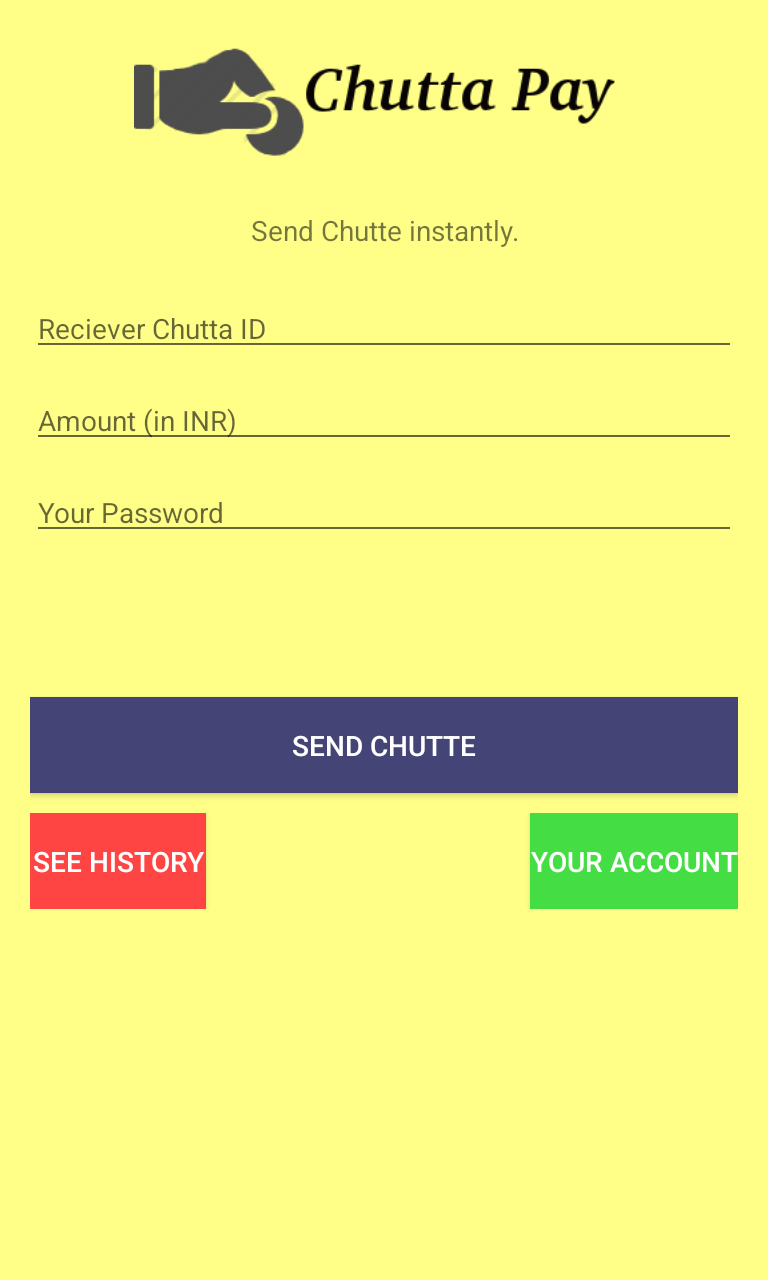
Repository: pankajksharma/chutta-pay
Layout: ChuttaPay/res/layout/payment.xml
The author's editor kept a copy of each file at every save. The layout is drawn from the files as they stood at one save, then again after the next save.
It is drawn on a 768 x 1280 px phone screen (xhdpi) without system bars, with theme AppTheme; the app's code is not run. The app's manifest (not shown) leaves right-to-left support off. So textAlignment, textDirection and layoutDirection are ignored, and left and right values win over start and end ones.

Above is the layout before, as saved 2014-04-26 16:03:05.

### ChuttaPay/res/layout/payment.xml
<?xml version="1.0" encoding="utf-8"?>
<RelativeLayout xmlns:android="http://schemas.android.com/apk/res/android"
    android:layout_width="match_parent"
    android:layout_height="match_parent"
    android:background="#ffff88"
    android:paddingLeft="15dp"
    android:paddingRight="15dp" >

    <ImageView
        android:id="@+id/imageView1"
        android:layout_width="wrap_content"
        android:layout_height="wrap_content"
        android:layout_marginTop="5dp"
        android:layout_centerHorizontal="true"
        android:src="@drawable/logo" />

    <LinearLayout
        android:id="@+id/ll"
        android:layout_width="match_parent"
        android:layout_height="wrap_content"
        android:layout_below="@id/imageView1"
        android:layout_centerHorizontal="true"
        android:layout_marginTop="15dp"
        android:orientation="vertical" >

        <TextView
            android:layout_width="match_parent"
            android:layout_height="wrap_content"
            android:gravity="center_horizontal"
            android:layout_marginBottom="20dp"
            android:text="Send Chutte instantly." />


        <EditText
            android:id="@+id/edt_user_id"
            android:layout_width="match_parent"
            android:layout_height="wrap_content"
            android:layout_marginBottom="10dp"
            android:hint="Reciever Chutta ID"
            android:inputType="number"
            android:lines="1"
            android:textSize="14sp" />

        <EditText
            android:id="@+id/edt_amount"
            android:layout_width="match_parent"
            android:layout_height="wrap_content"
            android:layout_marginBottom="10dp"
            android:hint="Amount (in INR)"
            android:inputType="number"
            android:lines="1"
            android:textSize="14sp" />

         <EditText
            android:id="@+id/edt_password"
            android:layout_width="match_parent"
            android:layout_height="wrap_content"
            android:layout_marginBottom="10dp"
            android:hint="Your Password"
            android:inputType="textPassword"
            android:lines="1"
            android:textSize="14sp" />


    </LinearLayout>

    <Button
        android:id="@+id/btn_submit"
        android:layout_width="match_parent"
        android:layout_height="wrap_content"
        android:layout_below="@+id/ll"
        android:layout_marginTop="66dp"
        android:background="#444477"
        android:text="Send Chutte"
        android:textAlignment="center"
        android:textColor="#ffffff" />

    <RelativeLayout
        android:id="@+id/ll2"
        android:layout_width="match_parent"
        android:layout_height="wrap_content"
        android:layout_below="@+id/btn_submit"
        android:layout_marginTop="10dp" >

         <Button
	        android:id="@+id/btn_transactions"
	        android:layout_width="wrap_content"
	        android:layout_height="wrap_content"
	        android:layout_alignParentLeft="true"
	        android:background="#ff4444"
	        android:text="See History"
	        android:textColor="#ffffff" />

          <Button
	        android:id="@+id/btn_account"
	        android:layout_width="wrap_content"
	        android:layout_height="wrap_content"
	        android:layout_alignParentRight="true"
	        android:background="#44dd44"
	        android:text="Your Account"
	        android:textColor="#ffffff" />

    </RelativeLayout>
</RelativeLayout>

Loaded but not shown: ChuttaPay/res/values/styles.xml (common file); ChuttaPay/res/values-v11/styles.xml (common file); ChuttaPay/res/values-v14/styles.xml (common file)

After the next save:
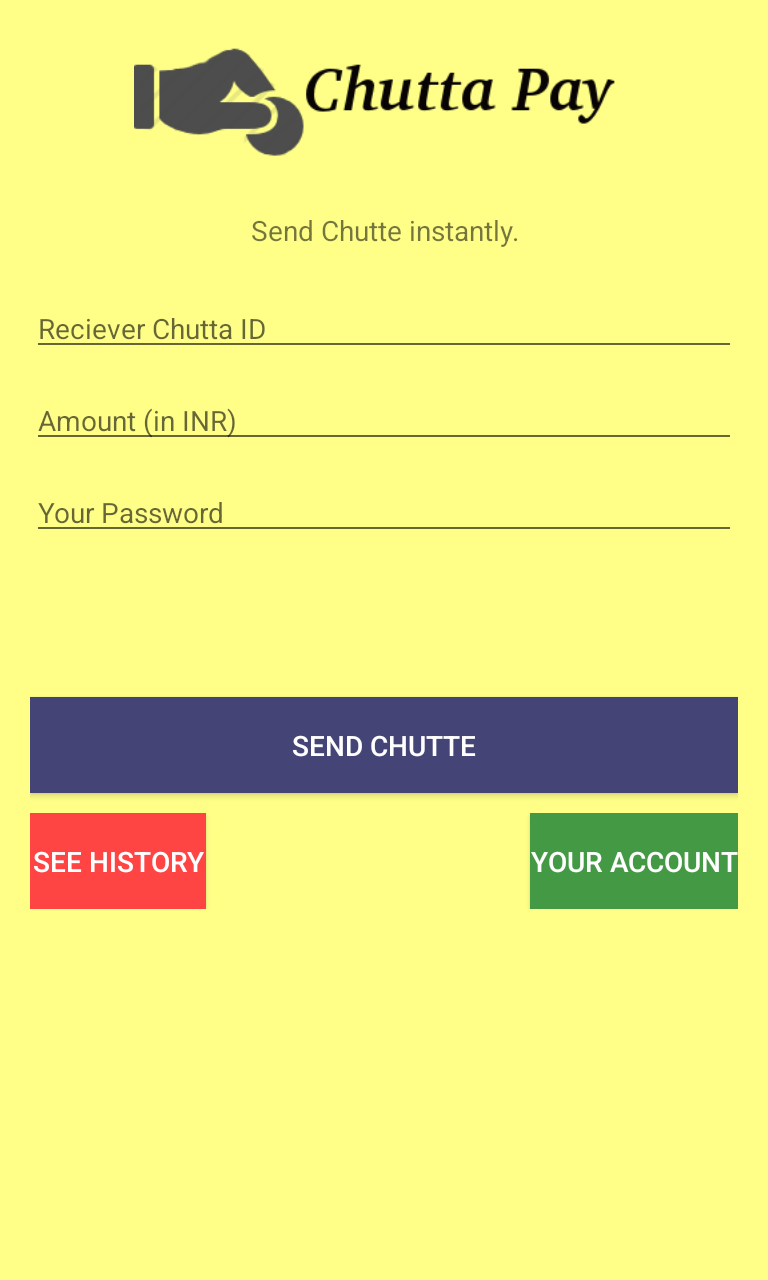
Saved 8 s later.
--- a/ChuttaPay/res/layout/payment.xml
+++ b/ChuttaPay/res/layout/payment.xml
@@ -96,7 +96,7 @@
 	        android:layout_width="wrap_content"
 	        android:layout_height="wrap_content"
 	        android:layout_alignParentRight="true"
-	        android:background="#44dd44"
+	        android:background="#449944"
 	        android:text="Your Account"
 	        android:textColor="#ffffff" />
 
